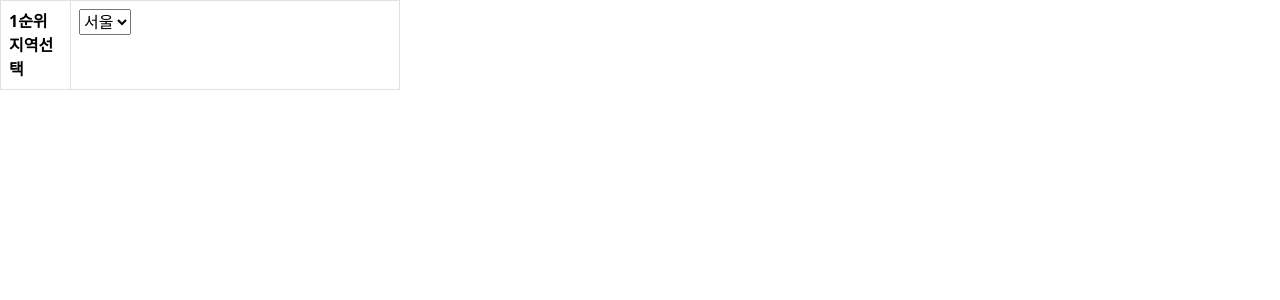
Repository: GANADAG/jspProject
Page: http://localhost/JspProject/day0228_1/myForm_02.jsp
An editor plug-in stored every save of this project. The page is shown before and after the next save, followed by the edit.
The browser window is 1280 px wide. The pictures show the whole page.
Some web fonts or font styles are not loaded; a fallback is used. The page is served by Tomcat 9.

Above is the page before, as saved 2024-02-28 06:32:45.

After the next save:
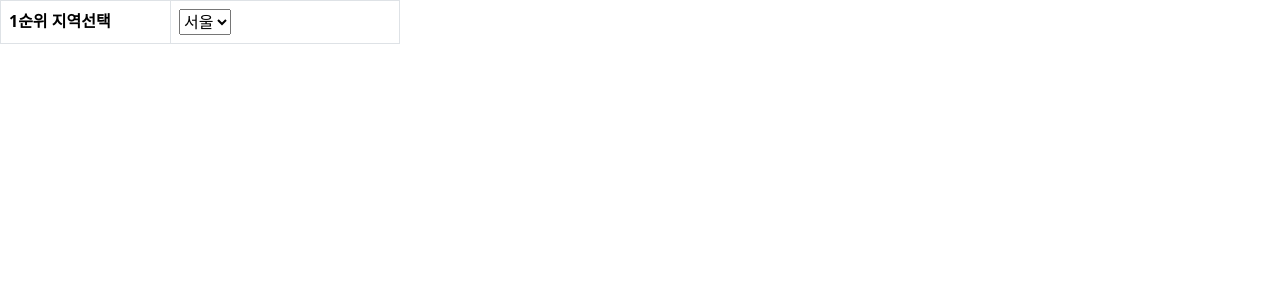
Saved 23 s later.
--- a/JspProject/src/main/webapp/day0228_1/myForm_02.jsp
+++ b/JspProject/src/main/webapp/day0228_1/myForm_02.jsp
@@ -14,7 +14,7 @@
 	<form action="formWrite_02.jsp" method="post">
 		<table class="table table-bordered" style="width:400px;">
 		<tr>
-			<th width="70">1순위 지역선택</th>
+			<th width="170">1순위 지역선택</th>
 			<td>
 				<select name="city">
 					<option value="서울">서울</option>
